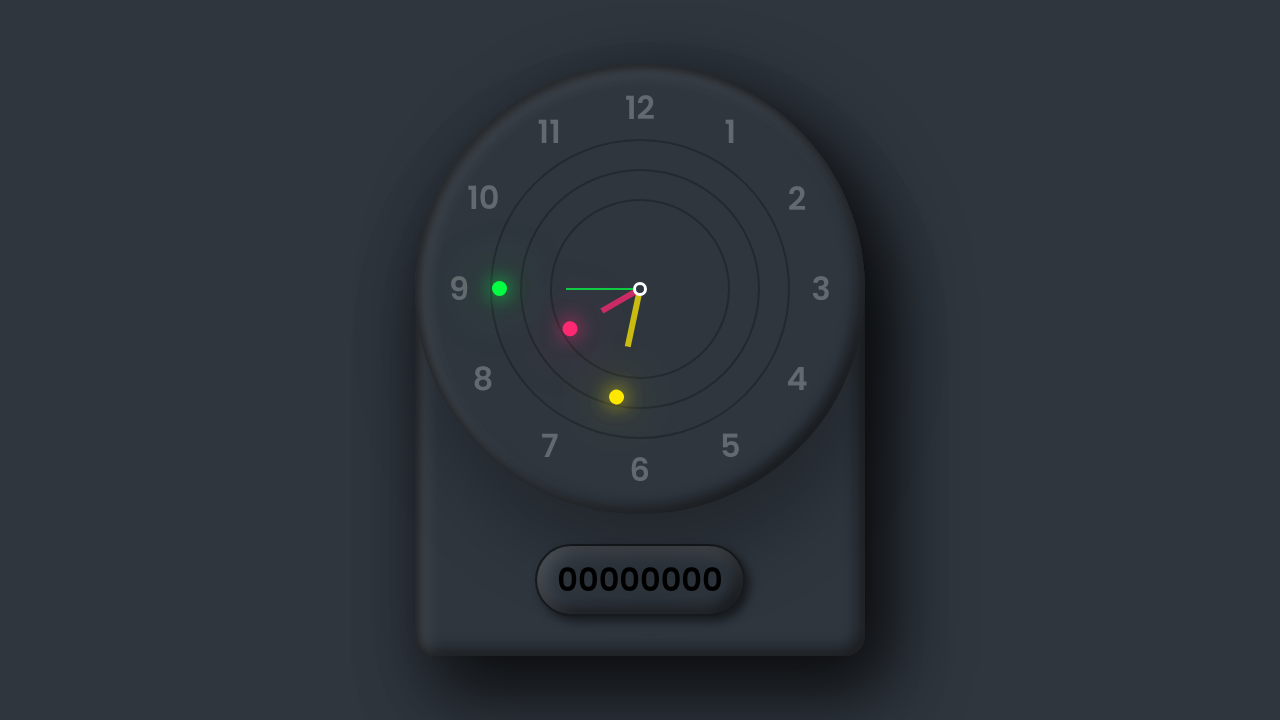
Repository: didierganthier/Clock-Design
Page: index.html
The author's editor kept a copy of each file at every save. The page is drawn from the files as they stood at one save, then again after the next save.
The browser window is 1280 px wide. The pictures show the whole page.

Above is the page before, as saved 2022-06-26 01:26:40.

After the next save:
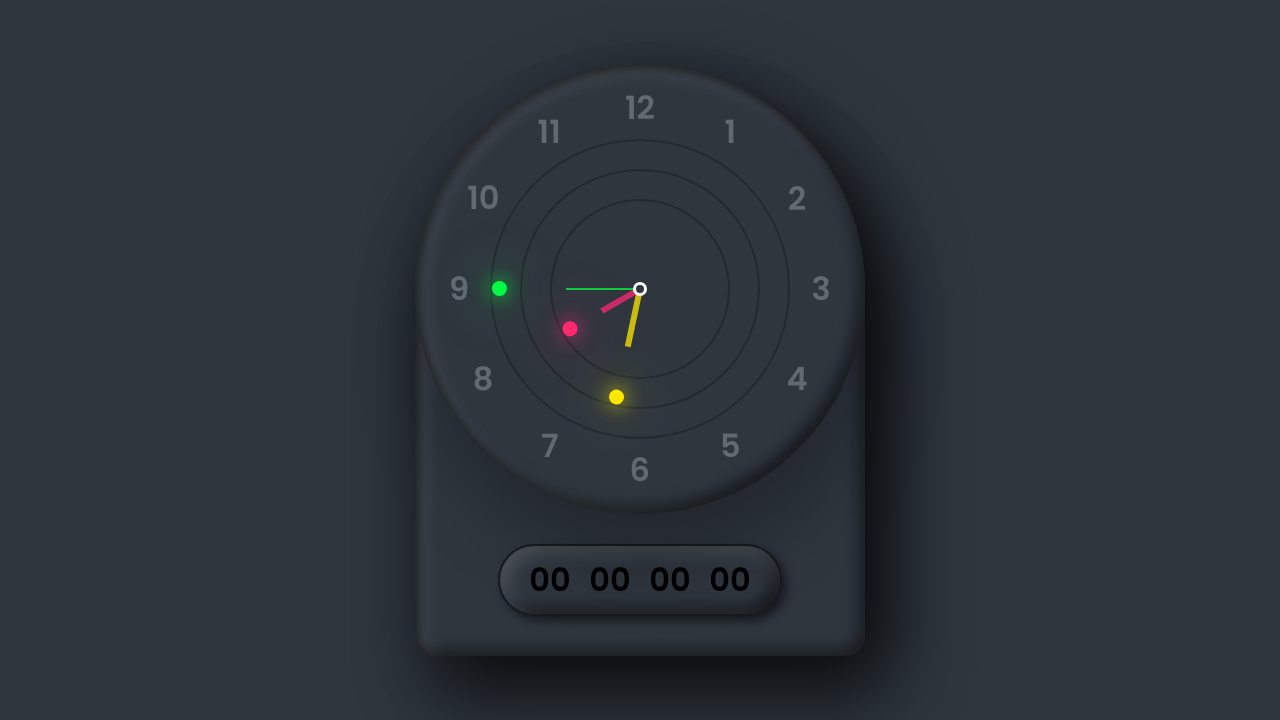
Saved 55 s later.
--- a/styles.css
+++ b/styles.css
@@ -143,3 +143,9 @@ body {
     inset 5px 5px 20px rgba(255, 255, 255, 0.2),
     inset -5px -5px 15px rgba(0, 0, 0, 0.75)
 }
+
+#time div {
+    position: relative;
+    width: 60px;
+    text-align: center;
+}
